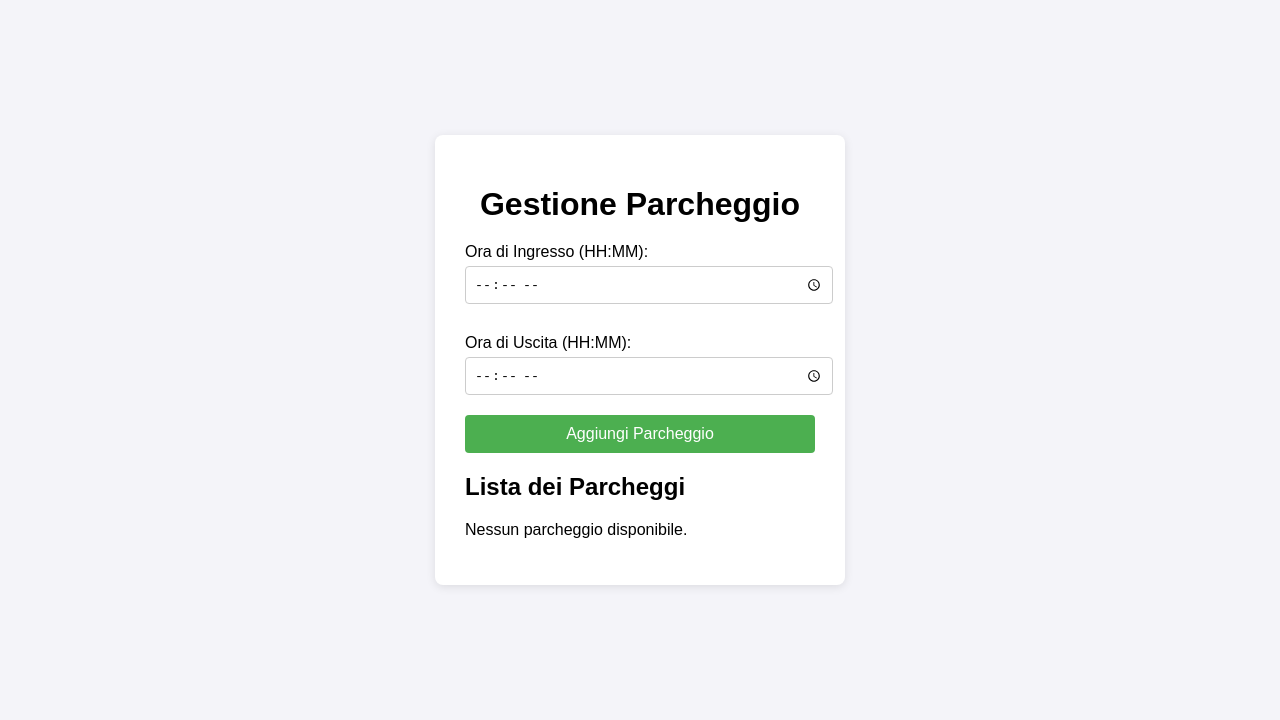
Repository: Probyte5D/ParcheggioApp
Page: / (app in frontend/)
These files come from the project's save history. The page is drawn as it stood at one moment and after the next save; the edit follows.
The browser window is 1280 px wide. The pictures show the whole page.
The page's requests for data from a server got no answer. The project was rebuilt for these pictures with package versions that can differ from the ones it lists, and the page was loaded fresh each time. No one was signed in, and anything a server would have sent is missing.

Above is the page before, as saved 2025-04-28 13:58:37.

### frontend/src/App.js
// src/App.js
import React, { useState } from 'react';
import './App.css';
import ParcheggioForm from './components/ParcheggioForm';
import ParcheggiList from './components/ParcheggiList';

function App() {
    const [parcheggi, setParcheggi] = useState([]);

    const aggiungiParcheggio = (parcheggio) => {
        setParcheggi([parcheggio, ...parcheggi]);
    };

    return (
        <div className="App">
            <h1>Gestione Parcheggio</h1>
            <ParcheggioForm aggiungiParcheggio={aggiungiParcheggio} />
            <ParcheggiList />
        </div>
    );
}

export default App;

### frontend/src/App.css
/* src/styles.css */
body {
  font-family: Arial, sans-serif;
  background-color: #f4f4f9;
  margin: 0;
  padding: 0;
  display: flex;
  justify-content: center;
  align-items: center;
  height: 100vh;
}

.App {
  background-color: white;
  padding: 30px;
  border-radius: 8px;
  box-shadow: 0 2px 10px rgba(0, 0, 0, 0.1);
  width: 350px;
}

h1 {
  text-align: center;
  margin-bottom: 20px;
}

label {
  display: block;
  margin: 10px 0 5px;
}

input {
  width: 100%;
  padding: 8px;
  margin-bottom: 20px;
  border: 1px solid #ccc;
  border-radius: 4px;
}

button {
  width: 100%;
  padding: 10px;
  background-color: #4CAF50;
  color: white;
  border: none;
  border-radius: 4px;
  font-size: 16px;
  cursor: pointer;
}

button:hover {
  background-color: #45a049;
}

ul {
  list-style-type: none;
  padding: 0;
}

li {
  margin-bottom: 10px;
}

### frontend/src/components/ParcheggioForm.jsx
// src/components/ParcheggioForm.js
import React, { useState } from 'react';

function ParcheggioForm({ aggiungiParcheggio }) {
    const [oraIngresso, setOraIngresso] = useState('');
    const [oraUscita, setOraUscita] = useState('');

    const handleSubmit = async (event) => {
        event.preventDefault();

        if (!oraIngresso || !oraUscita) {
            alert("Inserisci entrambe le ore.");
            return;
        }

        const parcheggio = {
            oraIngresso,
            oraUscita,
        };

        try {
            const response = await fetch('http://localhost:8080/parcheggio/aggiungi', {
                method: 'POST',
                headers: {
                    'Content-Type': 'application/json',
                },
                body: JSON.stringify(parcheggio),
            });

            if (response.ok) {
                const result = await response.json();
                aggiungiParcheggio(result); // Passiamo il risultato al componente principale
                setOraIngresso('');
                setOraUscita('');
            } else {
                alert("Errore durante l'aggiunta del parcheggio.");
            }
        } catch (error) {
            console.error('Errore:', error);
            alert("Errore di connessione. Riprova più tardi.");
        }
    };

    return (
        <form onSubmit={handleSubmit}>
            <div>
                <label>Ora di Ingresso (HH:MM):</label>
                <input
                    type="time"
                    value={oraIngresso}
                    onChange={(e) => setOraIngresso(e.target.value)}
                    required
                />
            </div>
            <div>
                <label>Ora di Uscita (HH:MM):</label>
                <input
                    type="time"
                    value={oraUscita}
                    onChange={(e) => setOraUscita(e.target.value)}
                    required
                />
            </div>
            <button type="submit">Aggiungi Parcheggio</button>
        </form>
    );
}

export default ParcheggioForm;

### frontend/src/components/ParcheggiList.jsx
// src/components/ParcheggiList.js
import React, { useEffect, useState } from 'react';

function ParcheggiList() {
    const [parcheggi, setParcheggi] = useState([]);

    useEffect(() => {
        const fetchParcheggi = async () => {
            try {
                const response = await fetch('http://localhost:8080/parcheggio/tutti');
                if (response.ok) {
                    const data = await response.json();
                    setParcheggi(data);
                } else {
                    alert("Errore durante il recupero dei parcheggi.");
                }
            } catch (error) {
                console.error('Errore:', error);
                alert("Errore di connessione. Riprova più tardi.");
            }
        };

        fetchParcheggi();
    }, []); // Il useEffect si esegue una sola volta al caricamento del componente

    return (
        <div>
            <h2>Lista dei Parcheggi</h2>
            <ul>
                {parcheggi.length === 0 ? (
                    <li>Nessun parcheggio disponibile.</li>
                ) : (
                    parcheggi.map((parcheggio) => (
                        <li key={parcheggio.id}>
                            ID: {parcheggio.id}, Ora Ingresso: {parcheggio.oraIngresso}, Ora Uscita: {parcheggio.oraUscita}, Durata: {parcheggio.durata}, Costo: €{parcheggio.costo}
                        </li>
                    ))
                )}
            </ul>
        </div>
    );
}

export default ParcheggiList;

Loaded but not shown: frontend/public/index.html (common file); frontend/src/index.js (common file); frontend/src/index.css (common file); frontend/src/reportWebVitals.js (common file)

After the next save:
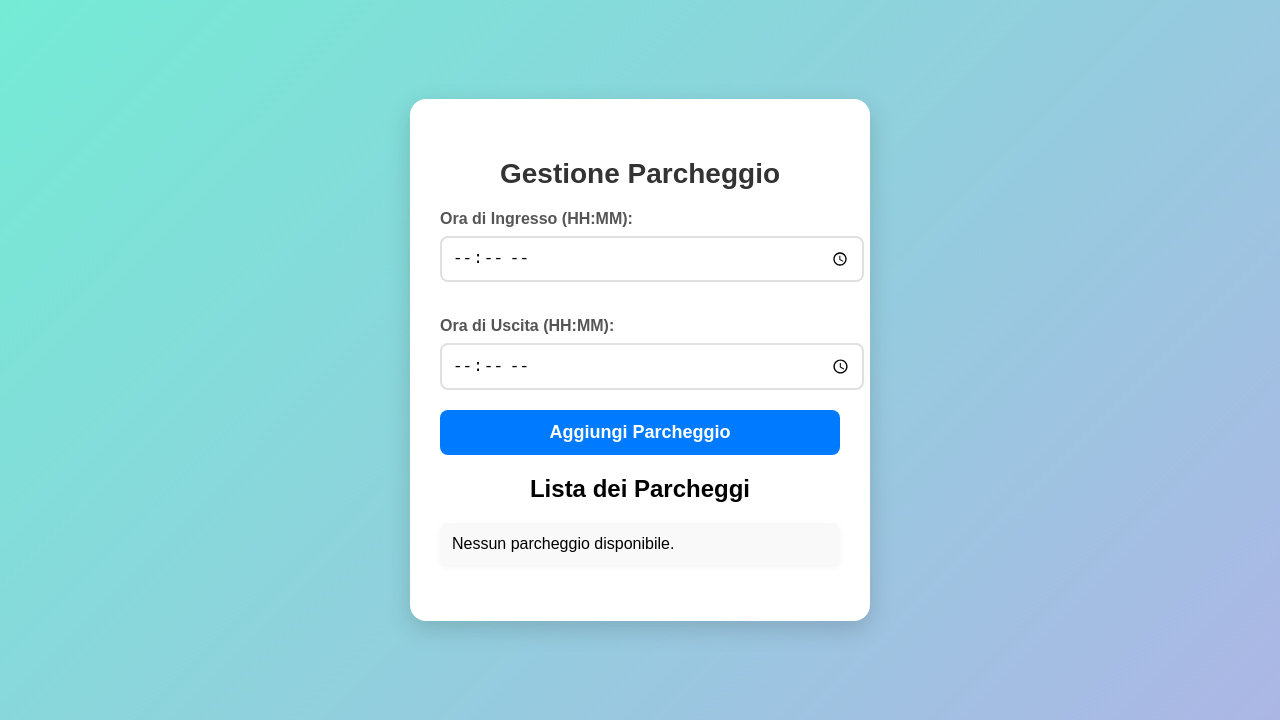
Saved 4 h 50 min later.
--- a/frontend/src/App.css
+++ b/frontend/src/App.css
@@ -1,61 +1,83 @@
 /* src/styles.css */
 body {
-  font-family: Arial, sans-serif;
-  background-color: #f4f4f9;
+  font-family: 'Poppins', sans-serif;
+  background: linear-gradient(135deg, #74ebd5 0%, #acb6e5 100%);
   margin: 0;
   padding: 0;
+  height: 100vh;
   display: flex;
   justify-content: center;
   align-items: center;
-  height: 100vh;
 }
 
 .App {
   background-color: white;
-  padding: 30px;
-  border-radius: 8px;
-  box-shadow: 0 2px 10px rgba(0, 0, 0, 0.1);
-  width: 350px;
+  padding: 40px 30px;
+  border-radius: 16px;
+  box-shadow: 0 8px 24px rgba(0, 0, 0, 0.15);
+  width: 400px;
+  max-width: 90%;
+  text-align: center;
 }
 
 h1 {
-  text-align: center;
+  font-size: 28px;
+  color: #333;
   margin-bottom: 20px;
 }
 
 label {
   display: block;
-  margin: 10px 0 5px;
+  font-weight: 600;
+  margin: 15px 0 8px;
+  color: #555;
+  text-align: left;
 }
 
-input {
+input[type="time"] {
   width: 100%;
-  padding: 8px;
+  padding: 10px;
   margin-bottom: 20px;
-  border: 1px solid #ccc;
-  border-radius: 4px;
+  border: 2px solid #e0e0e0;
+  border-radius: 8px;
+  font-size: 16px;
 }
 
 button {
   width: 100%;
-  padding: 10px;
-  background-color: #4CAF50;
+  padding: 12px;
+  background-color: #007bff;
   color: white;
   border: none;
-  border-radius: 4px;
-  font-size: 16px;
+  border-radius: 8px;
+  font-size: 18px;
+  font-weight: bold;
   cursor: pointer;
+  transition: background-color 0.3s ease;
 }
 
 button:hover {
-  background-color: #45a049;
+  background-color: #0056b3;
 }
 
 ul {
   list-style-type: none;
   padding: 0;
+  margin-top: 20px;
 }
 
 li {
-  margin-bottom: 10px;
+  background: #f9f9f9;
+  margin-bottom: 12px;
+  padding: 12px;
+  border-radius: 8px;
+  text-align: left;
+  box-shadow: 0 2px 6px rgba(0,0,0,0.05);
 }
+
+.ListaParcheggiTitle {
+  margin-top: 25px;
+  font-size: 22px;
+  font-weight: bold;
+  color: #333;
+}
